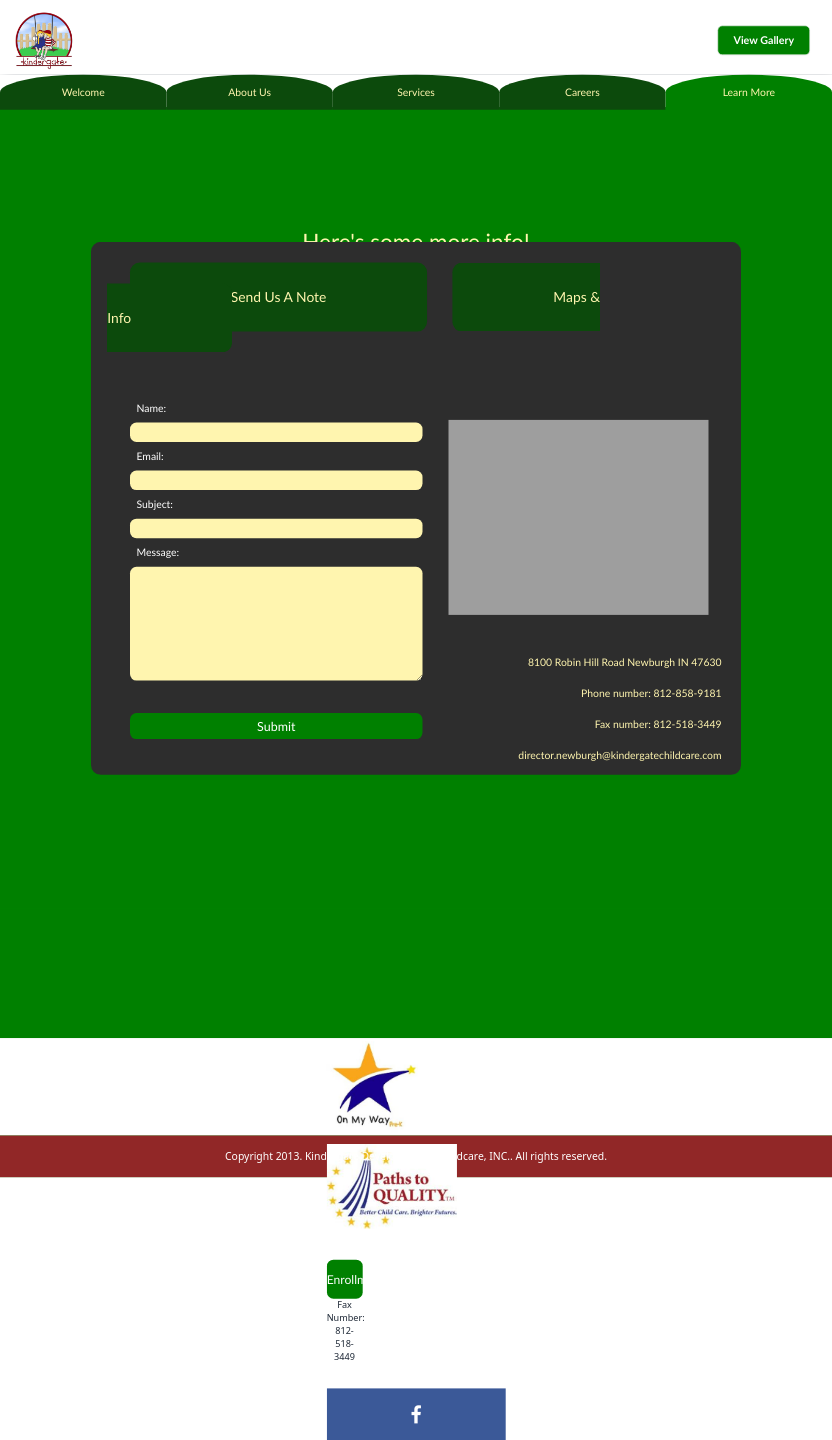
Repository: Parkerboling1/Kindergate-Final-Copy-copy
Page: learn-more.html
An editor plug-in stored every save of this project. The page is shown before and after the next save, followed by the edit.
The browser window is 1280 px wide. The pictures show the whole page, at 65% of full size.
Pictures or frames that could not be fetched are drawn as grey boxes. Some web libraries are served in a nearby version.

Above is the page before, as saved 2024-06-05 07:30:38.

After the next save:
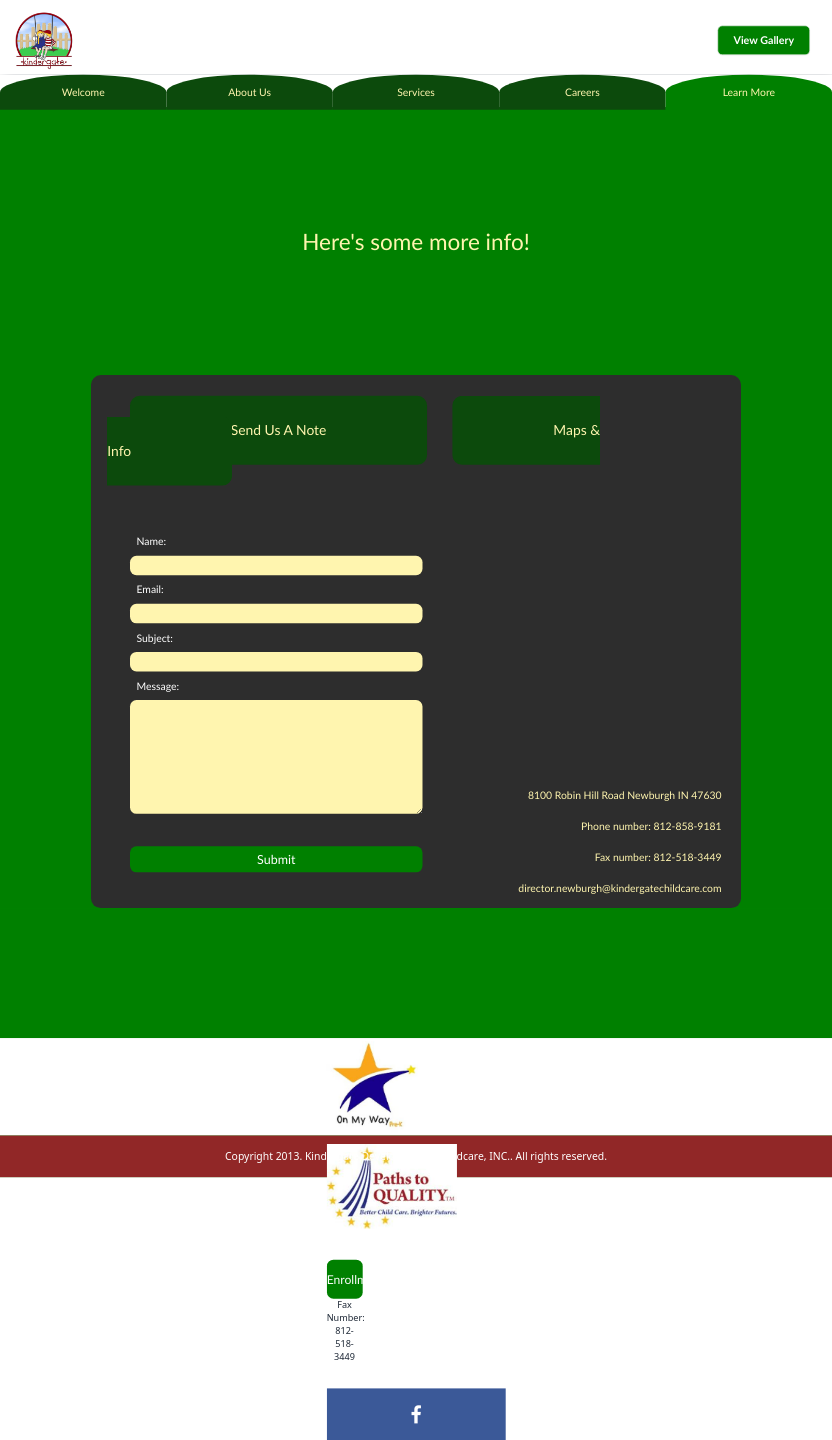
Saved 80 s later.
--- a/learn-more.html
+++ b/learn-more.html
@@ -108,7 +108,7 @@
     <div class="background hide-for-mobile">
       <div class="desktoplearnmorecontainer">
         <div class="desktoplearnmoreheader">Here's some more info!</div>
-        <div class="desktoplearnmorebulletin bounce">
+        <div class="desktoplearnmorebulletin ">
           <div class="desktoplmbhc">
             <div class="desktoplearnmorebulletinheader">Send Us A Note</div>
             <div class="desktoplearnmorebulletinheader">Maps & Info</div>
@@ -223,7 +223,7 @@
         <div class="mobilelearnmoreheader">
             Here's some more info!
         </div>
-        <div class="mobilelearnmorebulletin bounce">
+        <div class="mobilelearnmorebulletin">
            <div class="mobilelearnmorebulletinheader1">Send Us A Note</div>
            <form action="/contactform.php" method="POST" class="learnmoreform">
                <div class="mobilelminputpos">
